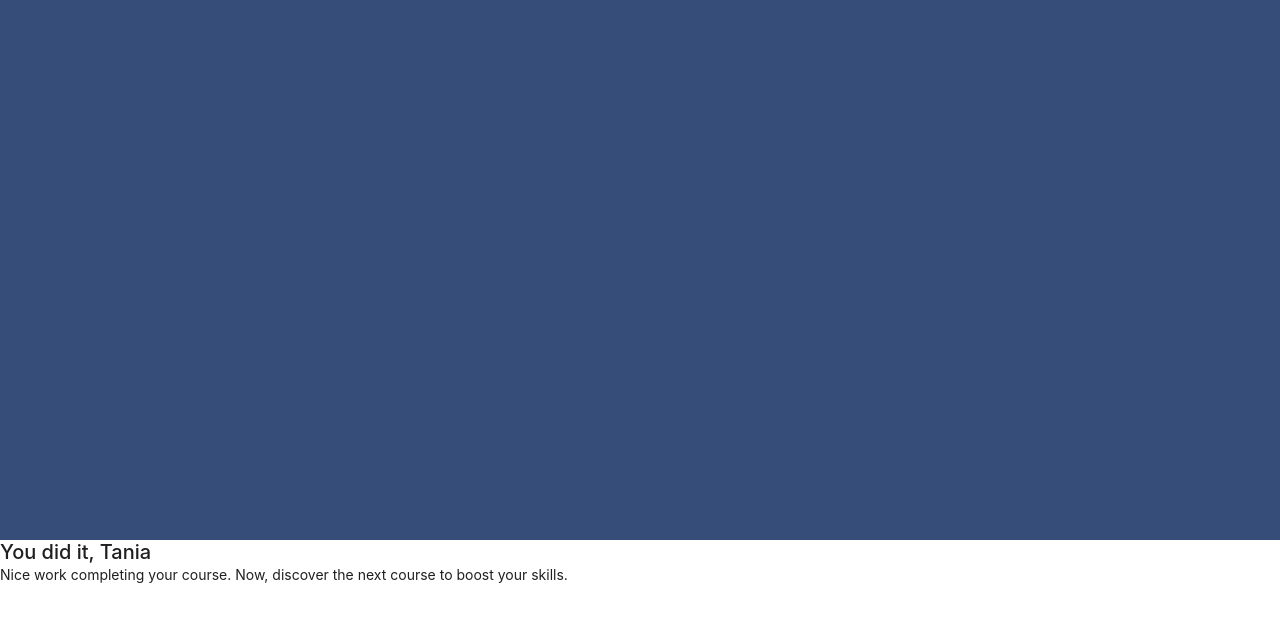
Repository: Taniafdes/newProject
Page: /home/home
An editor plug-in stored every save of this project. The page is shown before and after the next save, followed by the edit.
The browser window is 1280 px wide. The pictures show the whole page.
The project was rebuilt for these pictures with package versions that can differ from the ones it lists, and the page was loaded fresh each time. The framework's server and built-in components were replaced by stand-ins that run in the browser. Also part of the build but not shown: next.config.js.

Above is the page before, as saved 2023-06-15 16:53:26.

### pages/_app.js
import Head from "next/head";
import Script from "next/script";
import 'bootstrap/dist/css/bootstrap.css'
import 'bootstrap/dist/css/bootstrap.min.css'
function MyApp({ Component, pageProps }) {
  return (
    <>
      <Head>
        <meta name="viewport" content="width=device-width, initial-scale=1" />
      </Head>

      <Script
        src="https://cdn.jsdelivr.net/npm/bootstrap@5.0.0-beta1/dist/js/bootstrap.bundle.min.js"
        integrity="sha384-ygbV9kiqUc6oa4msXn9868pTtWMgiQaeYH7/t7LECLbyPA2x65Kgf80OJFdroafW"
        crossOrigin="anonymous"
      />
      <Component {...pageProps} />
    </>
  );
}
export default MyApp;

### pages/home/home.js
import { Carousel } from 'antd';
import { Card } from 'react-bootstrap';
import Image from 'next/image';
const contentStyle = {
  margin: 0,
  height: '540px',
  color: '#fff',
  lineHeight: '160px',
  textAlign: 'center',
  background: '#364d79',
};
const Home = () => {
  const onChange = (currentSlide) => {
    console.log(currentSlide);
  };
  return (
    <Carousel afterChange={onChange}>
      <div>
        <img src='' style={contentStyle} />
        <Card.Body>
        <Card.Title>You did it, Tania</Card.Title>
        <Card.Text>
        Nice work completing your course. Now, discover the next course to boost your skills.
        </Card.Text>
      </Card.Body>
      </div>
      <div>
        <img src='' style={contentStyle}/>
        <Card.Body>
        <Card.Title>We missed you, Tania</Card.Title>
        <Card.Text>Get back on track and achieve your goals. 5–10 minutes a day will do.
        </Card.Text>
      </Card.Body>
      </div>
      <div>
        <img src='' style={contentStyle}/>
        <Card.Body>
        <Card.Title>Skills for your future</Card.Title>
        <Card.Text>Expand your potential with a course for as little as ₹529. Sale ends June 16.
        </Card.Text>
      </Card.Body>
      </div>
    </Carousel>
  );
};
export default Home;

After the next save:
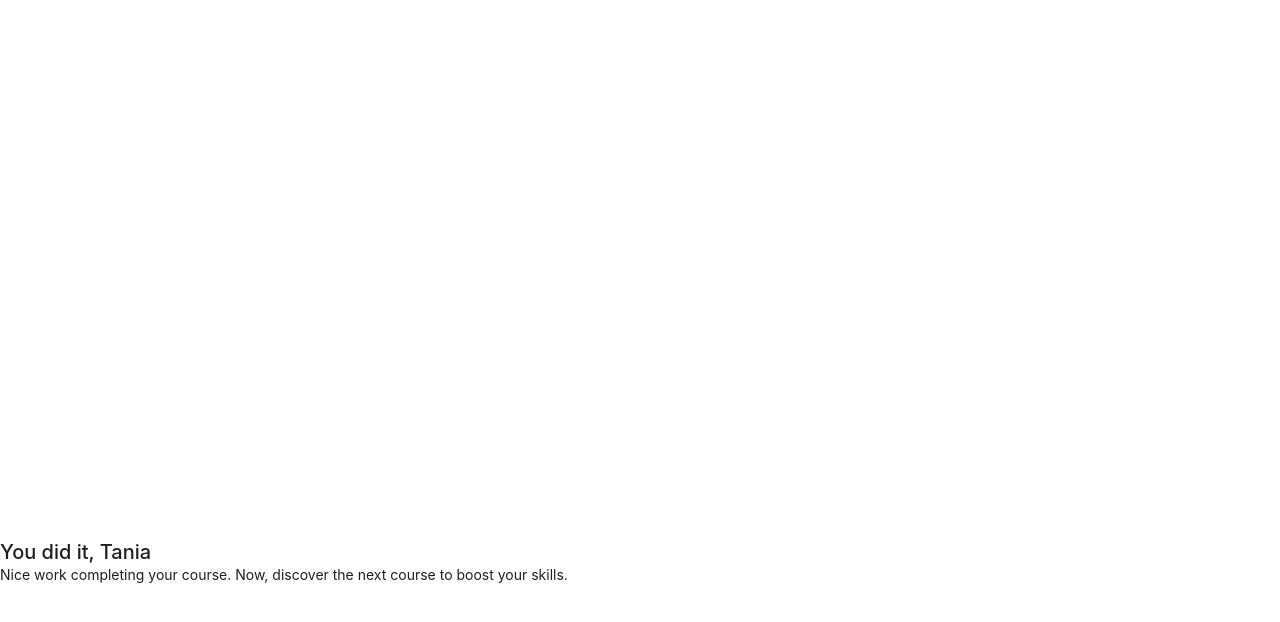
Saved 8 s later.
--- a/pages/home/home.js
+++ b/pages/home/home.js
@@ -16,7 +16,7 @@
   return (
     <Carousel afterChange={onChange}>
       <div>
-        <img src='' style={contentStyle} />
+        <Image src='' style={contentStyle} />
         <Card.Body>
         <Card.Title>You did it, Tania</Card.Title>
         <Card.Text>
